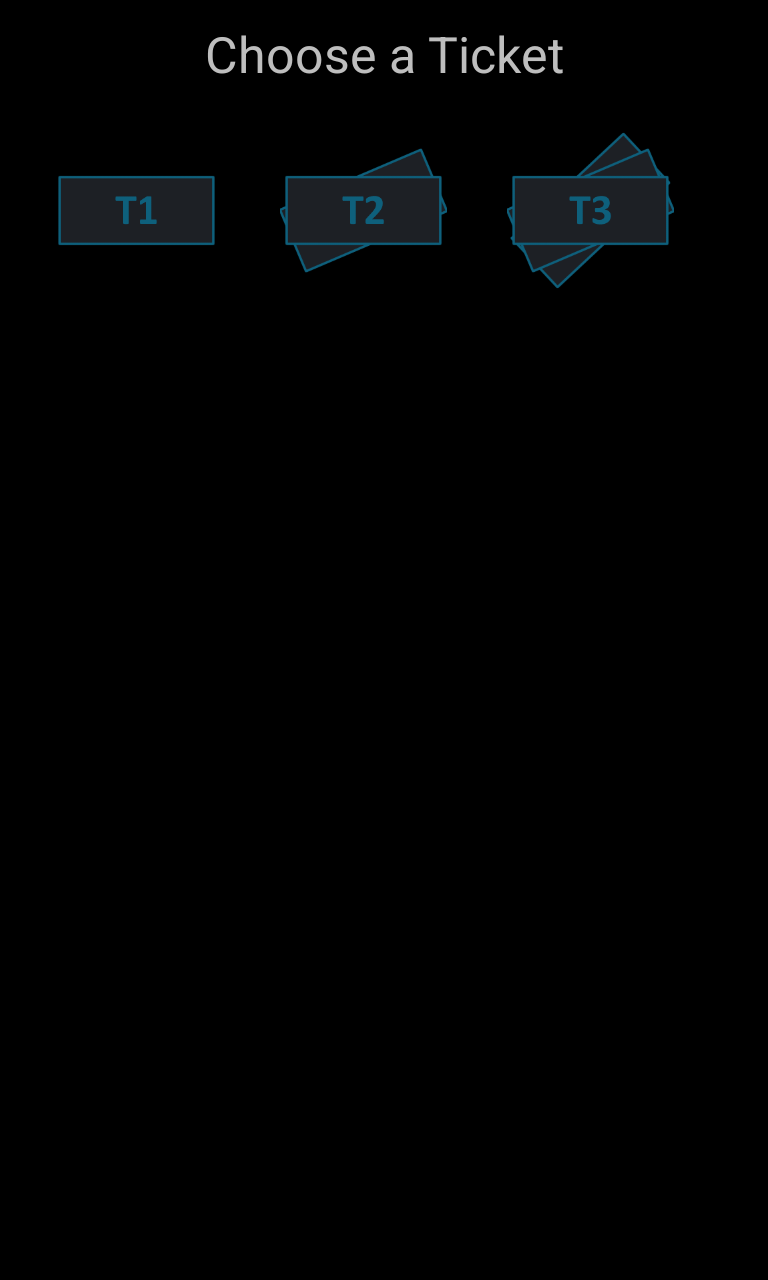
Repository: Nelspike/BusTicketer
Layout: PassengerMode/res/layout/fragment_show_tickets.xml
An editor plug-in stored every save of this project. The layout is shown before and after the next save, followed by the edit.
It is drawn on a 768 x 1280 px phone screen (xhdpi) without system bars, with theme AppTheme; the app's code is not run.

Above is the layout before, as saved 2013-10-19 20:17:04.

### PassengerMode/res/layout/fragment_show_tickets.xml
<FrameLayout xmlns:android="http://schemas.android.com/apk/res/android"
    xmlns:tools="http://schemas.android.com/tools"
    android:layout_width="match_parent"
    android:layout_height="match_parent"
    tools:context=".ShowTicketsFragment" >

    <LinearLayout
        android:layout_width="match_parent"
        android:layout_height="wrap_content"
        android:orientation="vertical"
        android:paddingTop="10dp">

	    <TextView
	        android:layout_width="match_parent"
	        android:layout_height="wrap_content"
	        android:text="@string/show_tickets_title"
	        android:textSize="25sp"
	        android:gravity="center"/>

		<RadioGroup
		    android:layout_width="match_parent"
		    android:layout_height="wrap_content"
		    android:gravity="center"
		    android:orientation="horizontal"
		    android:paddingTop="20dp" >

			<RadioButton
				android:button="@drawable/t1_selector"
				android:layout_width="wrap_content"
				android:layout_height="wrap_content"
		        android:paddingLeft="30dp"/>

			<RadioButton
				android:button="@drawable/t2_selector"
				android:layout_width="wrap_content"
				android:layout_height="wrap_content"
		        android:paddingLeft="30dp"/>

			<RadioButton
				android:button="@drawable/t3_selector"
				android:layout_width="wrap_content"
				android:layout_height="wrap_content"
		        android:paddingLeft="20dp"/>

		</RadioGroup>

    </LinearLayout>




</FrameLayout>

### PassengerMode/res/values/styles.xml
<resources>

    <!--
        Base application theme, dependent on API level. This theme is replaced
        by AppBaseTheme from res/values-vXX/styles.xml on newer devices.
    -->
    <style name="AppBaseTheme" parent="android:Theme.Holo">
        <!--
            Theme customizations available in newer API levels can go in
            res/values-vXX/styles.xml, while customizations related to
            backward-compatibility can go here.
        -->
    </style>

    <!-- Application theme. -->
    <style name="AppTheme" parent="android:Theme.Holo">
        <!-- All customizations that are NOT specific to a particular API-level can go here. -->
    </style>

</resources>

### PassengerMode/res/values/strings.xml
<?xml version="1.0" encoding="utf-8"?>
<resources>

    <string name="app_name">Passenger Mode</string>
    <string name="action_settings">Settings</string>
    <string name="hello_world">Hello world!</string>
    <string name="welcome_string">Welcome to Bus Ticketer!</string>
    <string name="splash_screen_description">Splash Screen Logo</string>
    <string name="splash_screen_terms">Lorem ipsum dolor sit amet, consectetur adipiscing elit. In porta cursus lacus ut porta. Ut luctus et urna eu malesuada. Donec magna diam, mollis molestie est eu, bibendum semper quam. Curabitur rhoncus iaculis nisi ut luctus. Pellentesque habitant morbi tristique senectus et netus et malesuada fames ac turpis egestas. Ut luctus gravida massa, a posuere nunc sagittis ac. Maecenas porta nisi sed interdum varius. Nunc tincidunt turpis nec orci interdum sollicitudin in at nulla. Integer non lorem a elit elementum iaculis consectetur vel ipsum. Aenean sed eros laoreet, egestas lacus eu, accumsan risus. Aliquam consequat sagittis urna, quis accumsan felis malesuada sed.</string>
    <string name="splash_screen_name_label">Name:</string>
    <string name="splash_screen_card_label">CC No.:</string>
    <string name="splash_screen_register_button">Register it up!</string>
    <string name="title_activity_central">CentralActivity</string>
    <string name="hello_blank_fragment">Hello blank fragment</string>
    <string name="description">Generic Description</string>
    <string name="validate_ticket">Validate!</string>
    <string name="show_tickets_title">Choose a Ticket</string>

</resources>

### PassengerMode/res/drawable-xxhdpi/t1_selector.xml
<?xml version="1.0" encoding="utf-8"?>
<selector xmlns:android="http://schemas.android.com/apk/res/android" >
	<item android:state_checked="true" android:drawable="@drawable/selectedt1" />
	<item android:state_checked="false" android:drawable="@drawable/t1" />
</selector>

### PassengerMode/res/drawable-xxhdpi/t2_selector.xml
<?xml version="1.0" encoding="utf-8"?>
<selector xmlns:android="http://schemas.android.com/apk/res/android" >
	<item android:state_checked="true" android:drawable="@drawable/selectedt2" />
	<item android:state_checked="false" android:drawable="@drawable/t2" />
</selector>

### PassengerMode/res/drawable-xxhdpi/t3_selector.xml
<?xml version="1.0" encoding="utf-8"?>
<selector xmlns:android="http://schemas.android.com/apk/res/android" >
	<item android:state_checked="true" android:drawable="@drawable/selectedt3" />
	<item android:state_checked="false" android:drawable="@drawable/t3" />
</selector>

After the next save:
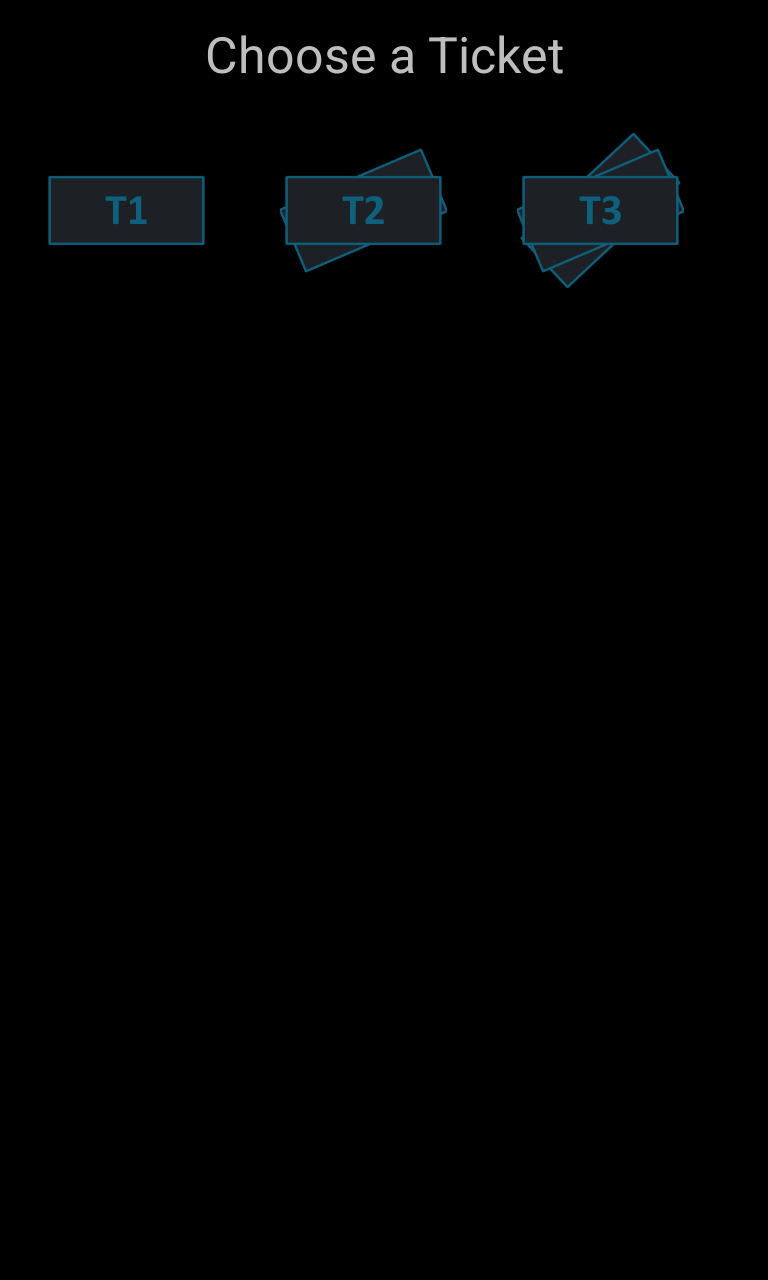
Saved 7 s later.
--- a/PassengerMode/res/layout/fragment_show_tickets.xml
+++ b/PassengerMode/res/layout/fragment_show_tickets.xml
@@ -28,13 +28,13 @@
 				android:button="@drawable/t1_selector"
 				android:layout_width="wrap_content"
 				android:layout_height="wrap_content"
-		        android:paddingLeft="30dp"/>
+		        android:paddingLeft="35dp"/>
 
 			<RadioButton
 				android:button="@drawable/t2_selector"
 				android:layout_width="wrap_content"
 				android:layout_height="wrap_content"
-		        android:paddingLeft="30dp"/>
+		        android:paddingLeft="35dp"/>
 
 			<RadioButton
 				android:button="@drawable/t3_selector"
